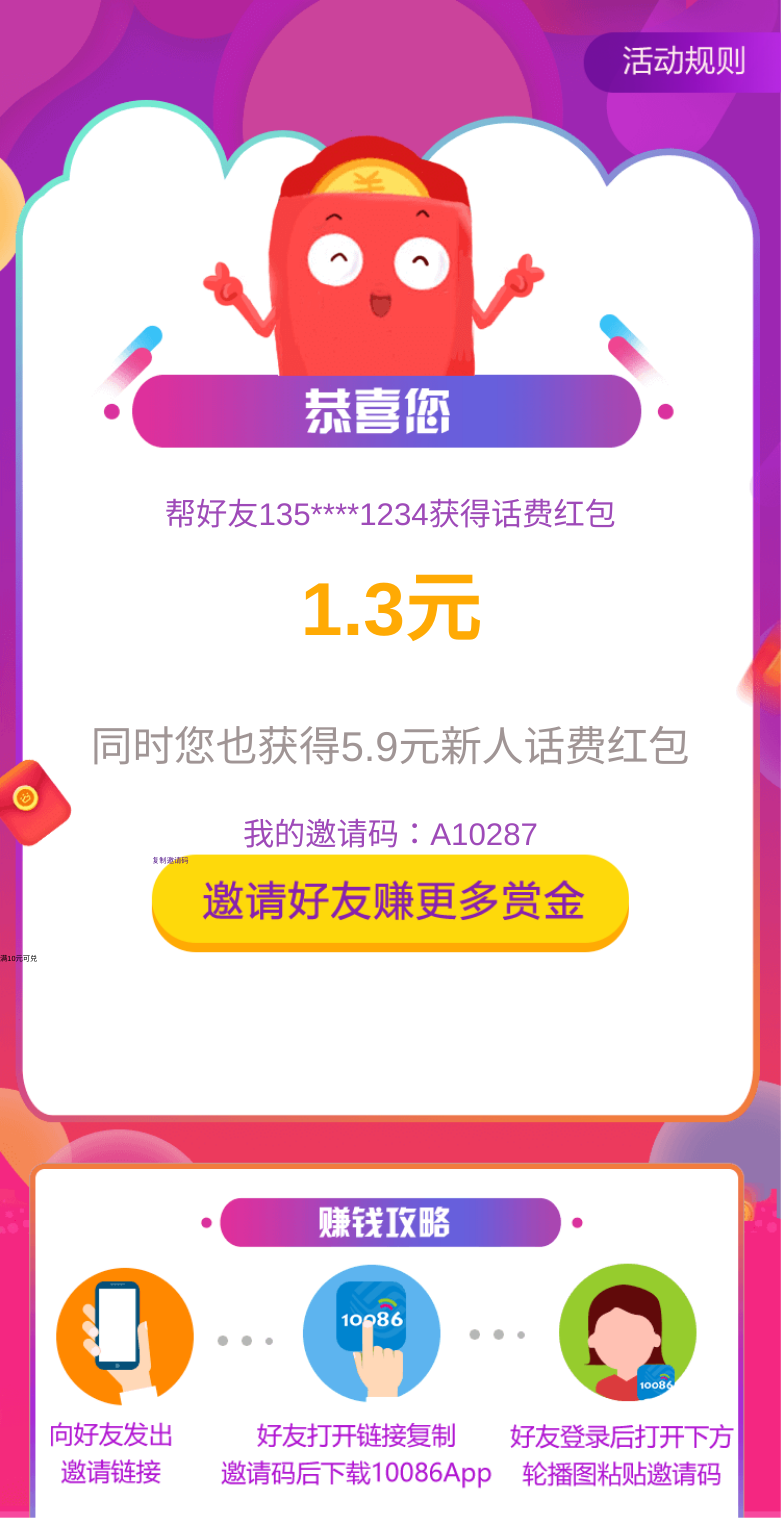
Repository: wangbiaozy/hb
Page: index_success_2.html
An editor plug-in stored every save of this project. The page is shown before and after the next save, followed by the edit.
The browser window is 1280 px wide. The pictures show the whole page, at 61% of full size.

Above is the page before, as saved 2018-08-17 14:52:25.

### index_success_2.html
<!DOCTYPE html>
<html lang="en">
<head>
        <meta charset="UTF-8">
        <meta name="viewport" content="width=device-width, initial-scale=1.0, maximum-scale=1.0, minimum-scale=1.0, user-scalable=no">
        <meta http-equiv="X-UA-Compatible" content="ie=edge">
        <title>Document</title>
        <link rel="stylesheet" href="css/reset.min.css">
        <link rel="stylesheet/less" href="css/styles_3.less">
        <script src="js/less-1.7.0.min.js"></script>
</head>
<body>
    <section class="main">
        <a id="rule_btn" href="javascript:void(0)"></a>
        <div class="con_1">
            <p>帮好友<span>135****1234</span>获得话费红包</p>
            <h3><span>1.3</span>元</h3>
            <p>同时您也获得<span>5.9</span>元新人话费红包</p>
            <div>
                <p>我的邀请码：<span>A10287</span></p>
                <a href="">复制邀请码</a>
            </div>
            <a href=""></a>
            <p>满10元可兑</p>
        </div>
    </section>


    <!-- 活动规则弹窗 -->
    <section class="rule">
        <a href="javascript:void(0)"></a>
        <ul>
            <li>1.活动期间，用户通过10086App开屏页，首页轮播图进入活动，领取10元的话费红包。自己可拆开随机金，剩余金额需分享并邀请好友帮忙拆开，每位可帮忙拆开随机金额，全部拆完即可兑换话费。</li>
            <li>2.邀请拆 红包的好友需为新注册10086App的用户，好友在活动页面输入邀请人的邀请码才能成功帮好友拆开红包，好友帮助拆开红包后同时可获得一个话费红包。</li>
            <li>3.用户需在当前红包全部拆完后，才可开启下一个红包。</li>
            <li>4.活动期间一经发现违规等恶意操作等作弊行为将取消获奖资格。</li>
            <li>5.活动期间，用户需持续下载并的登陆110086App，否则话费奖品无法发放。</li>
        </ul>
        <a href="javascript:void(0)"></a>
    </section>
    <!-- 遮罩层 -->
    <section class="mask" id="mask"></section>
</body>
</html>
<script src="js/jquery-1.10.1.min.js"></script>
<script src="js/index.js"></script>

### css/reset.min.css
@charset "utf-8";
/*默认样式清除和初始化*/
body,h1,h2,h3,h4,h5,h6,hr,p,blockquote,dl,dt,dd,ul,ol,li,button,input,textarea,th,td{margin:0;padding:0}body{font-size:12px;font-style:normal;font-family:"\5FAE\8F6F\96C5\9ED1",Helvetica,sans-serif}small{font-size:12px}h1{font-size:18px}h2{font-size:16px}h3{font-size:14px}h4,h5,h6{font-size:100%}ul,ol{list-style:none}a{text-decoration:none;background-color:transparent}a:hover,a:active{outline-width:0;text-decoration:none}table{border-collapse:collapse;border-spacing:0}hr{border:0;height:1px}img{border-style:none}img:not([src]){display:none}svg:not(:root){overflow:hidden}html{-webkit-touch-callout:none;-webkit-text-size-adjust:100%}input,textarea,button,a{-webkit-tap-highlight-color:rgba(0,0,0,0)}article,aside,details,figcaption,figure,footer,header,main,menu,nav,section,summary{display:block}audio,canvas,progress,video{display:inline-block}audio:not([controls]),video:not([controls]){display:none;height:0}progress{vertical-align:baseline}mark{background-color:#ff0;color:#000}sub,sup{position:relative;font-size:75%;line-height:0;vertical-align:baseline}sub{bottom:-0.25em}sup{top:-0.5em}button,input,select,textarea{font-size:100%;outline:0}button,input{overflow:visible}button,select{text-transform:none}textarea{overflow:auto}button,html [type="button"],[type="reset"],[type="submit"]{-webkit-appearance:button}button::-moz-focus-inner,[type="button"]::-moz-focus-inner,[type="reset"]::-moz-focus-inner,[type="submit"]::-moz-focus-inner{border-style:none;padding:0}button:-moz-focusring,[type="button"]:-moz-focusring,[type="reset"]:-moz-focusring,[type="submit"]:-moz-focusring{outline:1px dotted ButtonText}[type="checkbox"],[type="radio"]{box-sizing:border-box;padding:0}[type="number"]::-webkit-inner-spin-button,[type="number"]::-webkit-outer-spin-button{height:auto}[type="search"]{-webkit-appearance:textfield;outline-offset:-2px}[type="search"]::-webkit-search-cancel-button,[type="search"]::-webkit-search-decoration{-webkit-appearance:none}::-webkit-input-placeholder{color:inherit;opacity:.54}::-webkit-file-upload-button{-webkit-appearance:button;font:inherit}.clear:after{display:block;height:0;content:"";clear:both}
*{ -webkit-tap-highlight-color: rgba(0,0,0,0);-webkit-tap-highlight-color: transparent; /* For some Androids */ }

### js/index.js
(function (doc, win) {
    var docEl = doc.documentElement,
        resizeEvt = 'orientationchange' in window ? 'orientationchange' : 'resize',
        recalc = function () {
            var clientWidth = docEl.clientWidth;
            if (!clientWidth) return;
            docEl.style.fontSize = 100 * (clientWidth / 750) + 'px';
        };
    if (!doc.addEventListener) return;
    win.addEventListener(resizeEvt, recalc, false);
    doc.addEventListener('DOMContentLoaded', recalc, false);
})(document, window);
$(function () {


    //显示非中奖页背景
    function showFirstPageBg(){
        $('.main').removeClass('result');
    }
    //显示中奖页背景
    function showResultPageBg(){
        $('.main').addClass('result');
    }
    //显示活动规则弹窗
    $('#rule_btn').on('click',function(){
        $('.rule').show();
        showMask();
    });
    //关闭活动规则弹窗
    function hideRuleModel(){
        $('.rule').hide();
        hideMask();
    }
    $('.rule').on('click','a',function(){
        hideRuleModel();
    });
    //首页赚钱攻略按钮
    $('#gl_btn').on('click',function(){
        $('.gl').show();
        showMask();
    })
    //首页抽红包按钮
    $('#cj').on('click',function(){
        //奖品金额随机数
        var num = (Math.random()*9+1).toFixed(2);
        $('#moneyText').text(num);
        $('.result').show();
        $('.f_page').hide();
        showResultPageBg();
    });

    //获奖页获奖名单滚动
    var listPanel = $('#J_Activity ul');
    var z = 0;
    function up() {
        listPanel.animate({
            'top': (z - .8) + 'rem'
        }, 1500, 'linear', function () {
            listPanel.css({'top': '0px'}).find("li:first").appendTo(listPanel);
            up();
        });
    }
    up();

    //获取验证码
    function getCodeStyle(btnId) {//btnId->jQ
        var orderTime = 60,
            timeLeft = orderTime,
            btn = btnId;
        function timeCount(){
            timeLeft-=1;
            if (timeLeft>0){
                btn.val(timeLeft+"s重新获取");
                setTimeout(timeCount,1000);
                btn.css({
                    background: '#a2a2a2',
                    color: '#ffffff'
                });
            }
            else {
                btn.val("获取验证码");
                btn.css({
                    background: '#76ca08',
                    color: '#ffffff'
                });
                timeLeft = orderTime;
                btn.removeAttr("disabled");
            }
        }
        btn.on('click', function () {
            $(this).attr("disabled",true);
            timeCount();
        });
    }
    getCodeStyle($('#codeBtn'));

    $('#helpBtn').on('click',function(){
        $('.login').show();
        showMask();
    });

    //显示弹窗
    function showModel(){
        $('.model').show();
        showMask();
    }

    //关闭弹窗
    $('.close').on('click',function(){
        $(this).parent().parent().hide();
        hideMask();
    });
    //显示遮罩层
    function showMask(){
        $("#mask").css("height",$(document).height());
        $("#mask").css("width",$(document).width());
        $("#mask").show();
        $('body').css('position','fixed');
    }
    //隐藏遮罩层
    function hideMask(){
        $("#mask").hide();
        $('body').css('position','unset');
    }
});

Loaded but not shown: js/less-1.7.0.min.js (library); js/jquery-1.10.1.min.js (library)

After the next save:
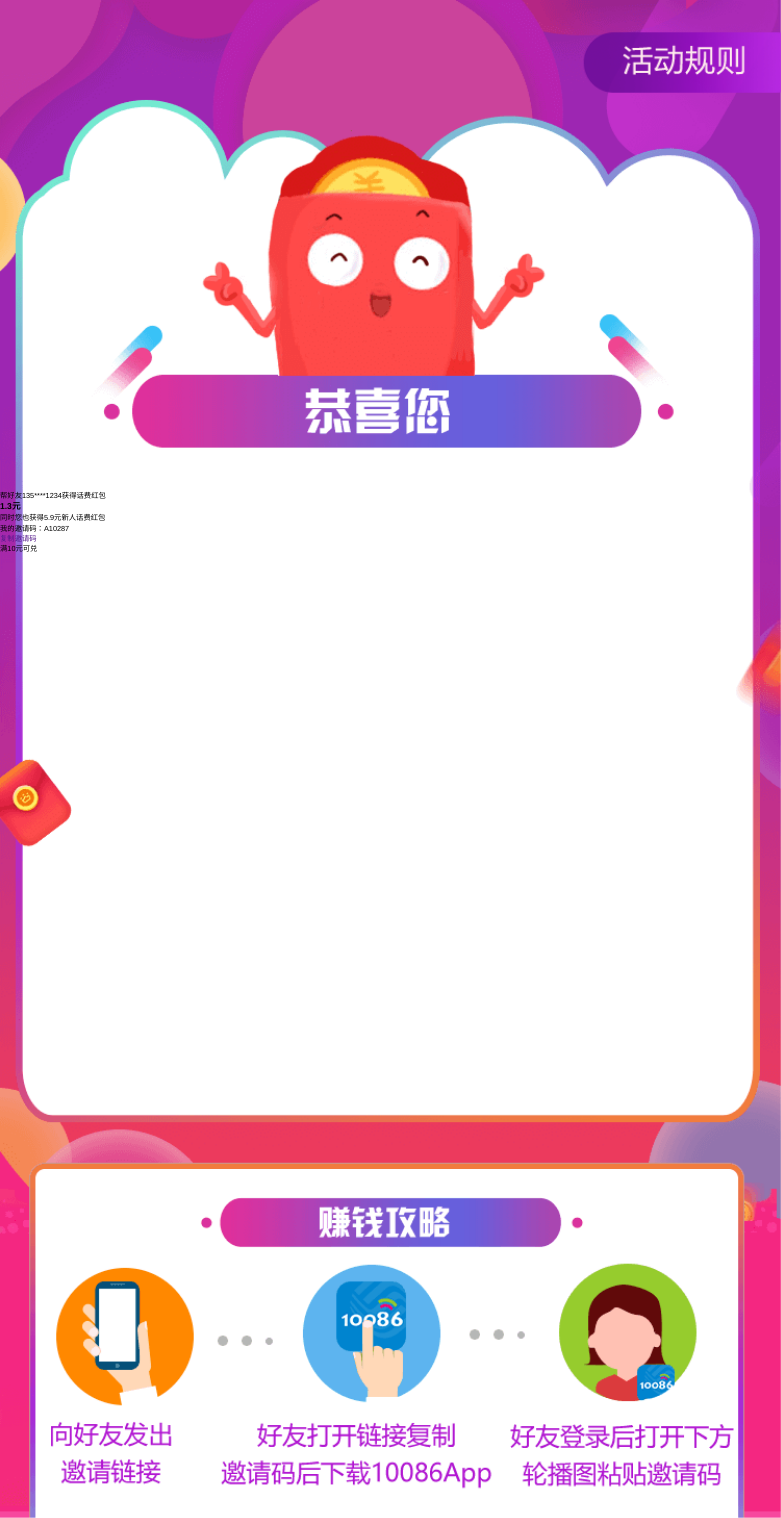
Saved 2 min 2 s later.
--- a/index_success_2.html
+++ b/index_success_2.html
@@ -12,7 +12,7 @@
 <body>
     <section class="main">
         <a id="rule_btn" href="javascript:void(0)"></a>
-        <div class="con_1">
+        <div class="con_2">
             <p>帮好友<span>135****1234</span>获得话费红包</p>
             <h3><span>1.3</span>元</h3>
             <p>同时您也获得<span>5.9</span>元新人话费红包</p>
